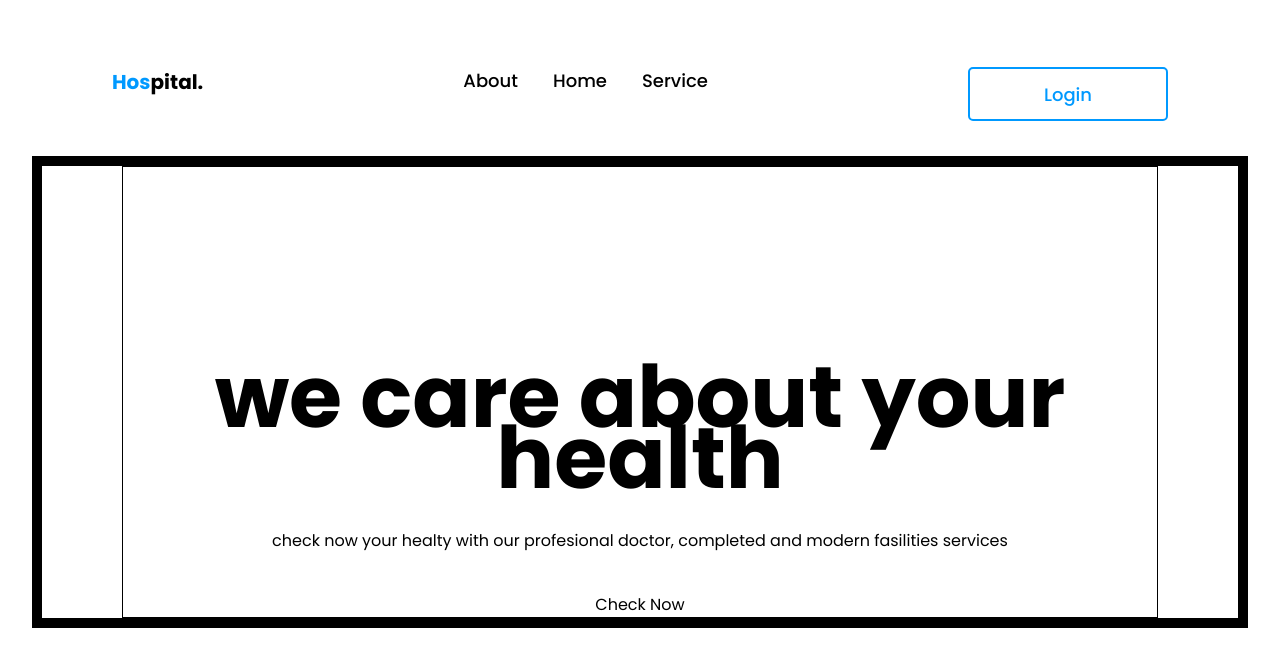
Repository: Chadi2000/hospital-app
Page: /
These files come from the project's save history. The page is drawn as it stood at one moment and after the next save; the edit follows.
The browser window is 1280 px wide. The pictures show the whole page.
The project was rebuilt for these pictures with package versions that can differ from the ones it lists, and the page was loaded fresh each time. Also part of the build but not shown: vite.config.js.

Above is the page before, as saved 2024-08-03 17:54:17.

### src/App.jsx
import './App.css'
import Header from './components/Header'
import Navbar from './components/Navbar'

function App() {

  return (
    <div className='flex flex-col'>
      <Navbar />
      <Header />
    </div>
  )
}

export default App

### src/index.css
@import url('https://fonts.googleapis.com/css2?family=Poppins:ital,wght@0,100;0,200;0,300;0,400;0,500;0,600;0,700;0,800;0,900;1,100;1,200;1,300;1,400;1,500;1,600;1,700;1,800;1,900&display=swap');

@tailwind base;
@tailwind components;
@tailwind utilities;

body{
  font-family: "Poppins", sans-serif;;
}

### src/components/Header.jsx
import Doctor from '../assets/doctor1.png'

const Header = () => {
  return (
    <div className='flex px-[80px] border-[10px]'>

      <div className='flex flex-col justify-start gap-10 border-[1px] pt-[200px]'>
        <h1 className='text-[86px] font-bold leading-[61px]'>we care about your health</h1>
        <p>check now your healty with our profesional doctor, completed and modern fasilities services</p>
        <div>Check Now</div>
      </div>

      <div className='relative flex items-center'>
        <div className='absolute'>
            <img src={Doctor} alt="doctor" />
        </div>
      </div>

    </div>
  )
}

export default Header

### src/components/Navbar.jsx

const Navbar = () => {
  return (
    <div className="flex justify-between py-[35px] px-[80px] ">

      <div className="flex text-[20px] font-bold leading-[30px] cursor-pointer">
        <div className="text-btn">Hos</div>
        <div className="text-black">pital.</div>
      </div>

        <ul className="flex gap-[35px] justify-between font-medium text-[18px] leading-[27px]">
            <li className="cursor-pointer">About</li>
            <li className="cursor-pointer">Home</li>
            <li className="cursor-pointer">Service</li>
        </ul>


      <div className="flex justify-center items-center w-[200px] h-[54px] text-btn border-btn border-[2px] cursor-pointer rounded-[5px]
      font-medium  text-[18px] leading-[27px]">
        Login
      </div>

    </div>
  )
}

export default Navbar

### tailwind.config.js
/** @type {import('tailwindcss').Config} */
export default {
  content: [
    "./index.html",
    "./src/**/*.{js,ts,jsx,tsx}",
  ],
  theme: {
    extend: {},
    textColor:{
      btn: '#0099FF',
    },
    backgroundColor:{
      btn: '#0099FF',
    },
    fontFamily:{
      abc:["Poppins","sans-serif"]
    },
    borderColor:{
      btn: '#0099FF',
    }
  },
  plugins: [],
}

Loaded but not shown: index.html (common file); src/main.jsx (common file); src/App.css (common file)

After the next save:
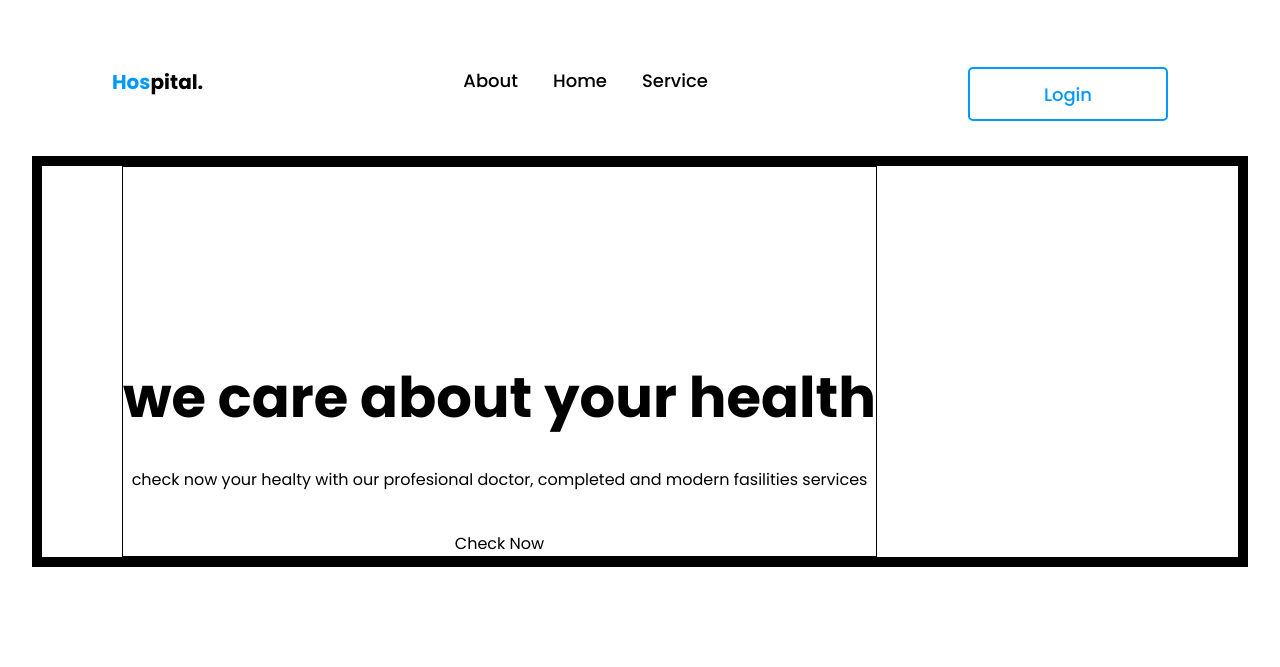
Saved 4 s later.
--- a/src/components/Header.jsx
+++ b/src/components/Header.jsx
@@ -5,7 +5,7 @@ const Header = () => {
     <div className='flex px-[80px] border-[10px]'>
 
       <div className='flex flex-col justify-start gap-10 border-[1px] pt-[200px]'>
-        <h1 className='text-[86px] font-bold leading-[61px]'>we care about your health</h1>
+        <h1 className='text-[56px] font-bold leading-[61px]'>we care about your health</h1>
         <p>check now your healty with our profesional doctor, completed and modern fasilities services</p>
         <div>Check Now</div>
       </div>
